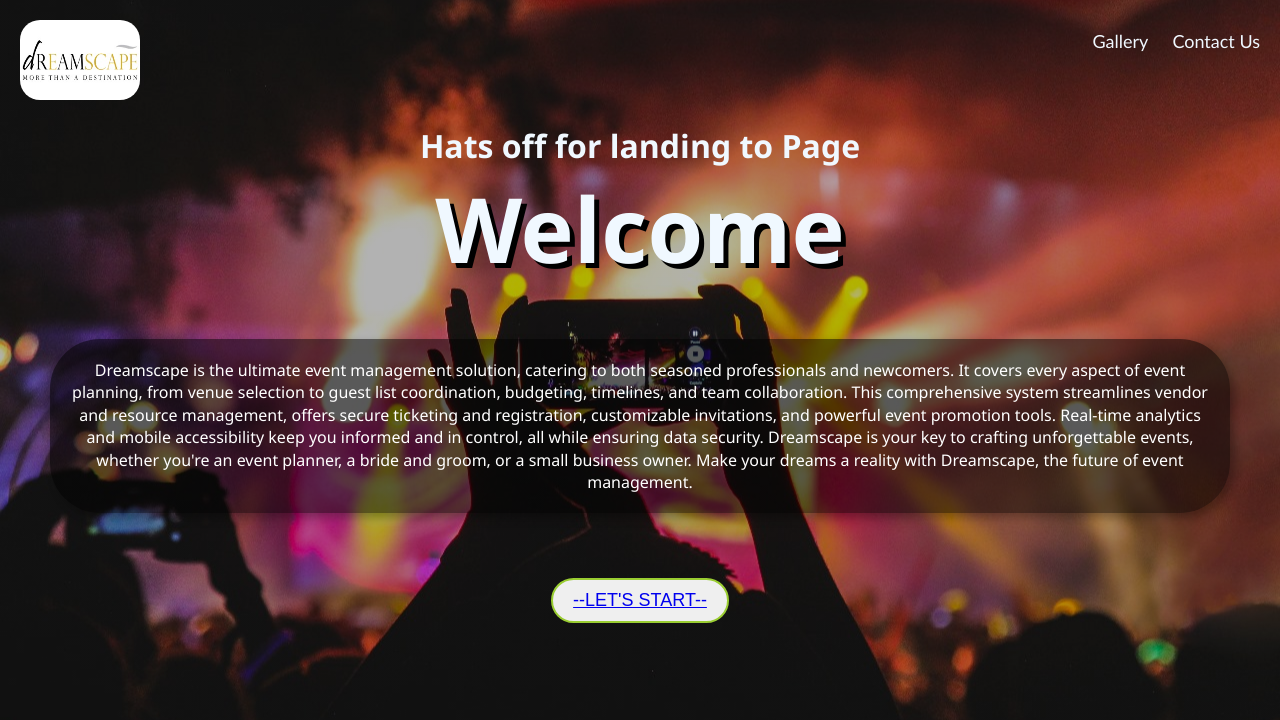
Repository: Dulankayapa/2ndyearoopprojrct
Page: http://localhost/feedback/welcome.jsp
An editor plug-in stored every save of this project. The page is shown before and after the next save, followed by the edit.
The browser window is 1280 px wide. The pictures show the whole page.
The page is served by Tomcat 9.

Above is the page before, as saved 2023-10-23 12:48:27.

After the next save:
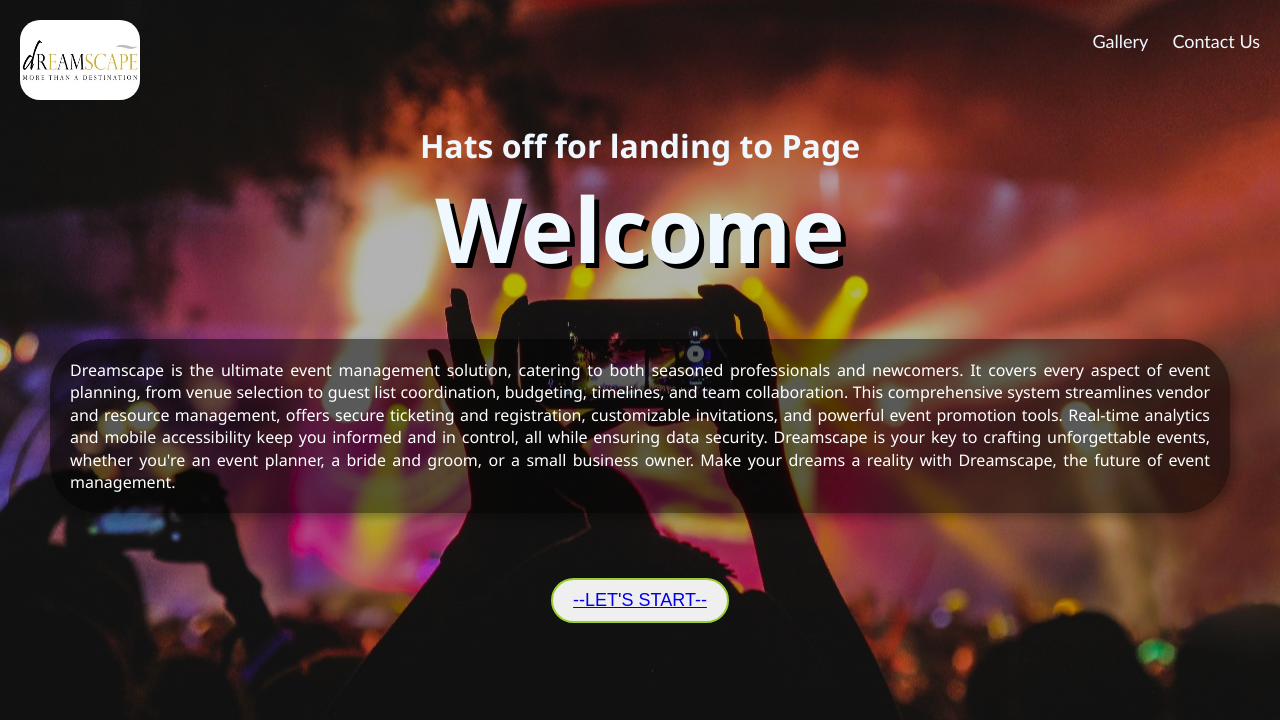
Saved 4 min 22 s later.
--- a/feedback/src/main/webapp/welcome.jsp
+++ b/feedback/src/main/webapp/welcome.jsp
@@ -119,7 +119,7 @@ p {
 	<h2>Hats off for landing to Page</h2>
 	<h1>Welcome</h1>
 	<p
-		style="background-color: rgba(0, 0, 0, 0.5); color: white; padding: 20px; border-radius: 50px; box-shadow: 5px 5px 10px rgba(0, 0, 0, 0.3);">
+		style="background-color: rgba(0, 0, 0, 0.5); color: white; padding: 20px; border-radius: 50px; box-shadow: 5px 5px 10px rgba(0, 0, 0, 0.3); text-align: justify;">
 		Dreamscape is the ultimate event management solution, catering to both
 		seasoned professionals and newcomers. It covers every aspect of event
 		planning, from venue selection to guest list coordination, budgeting,
